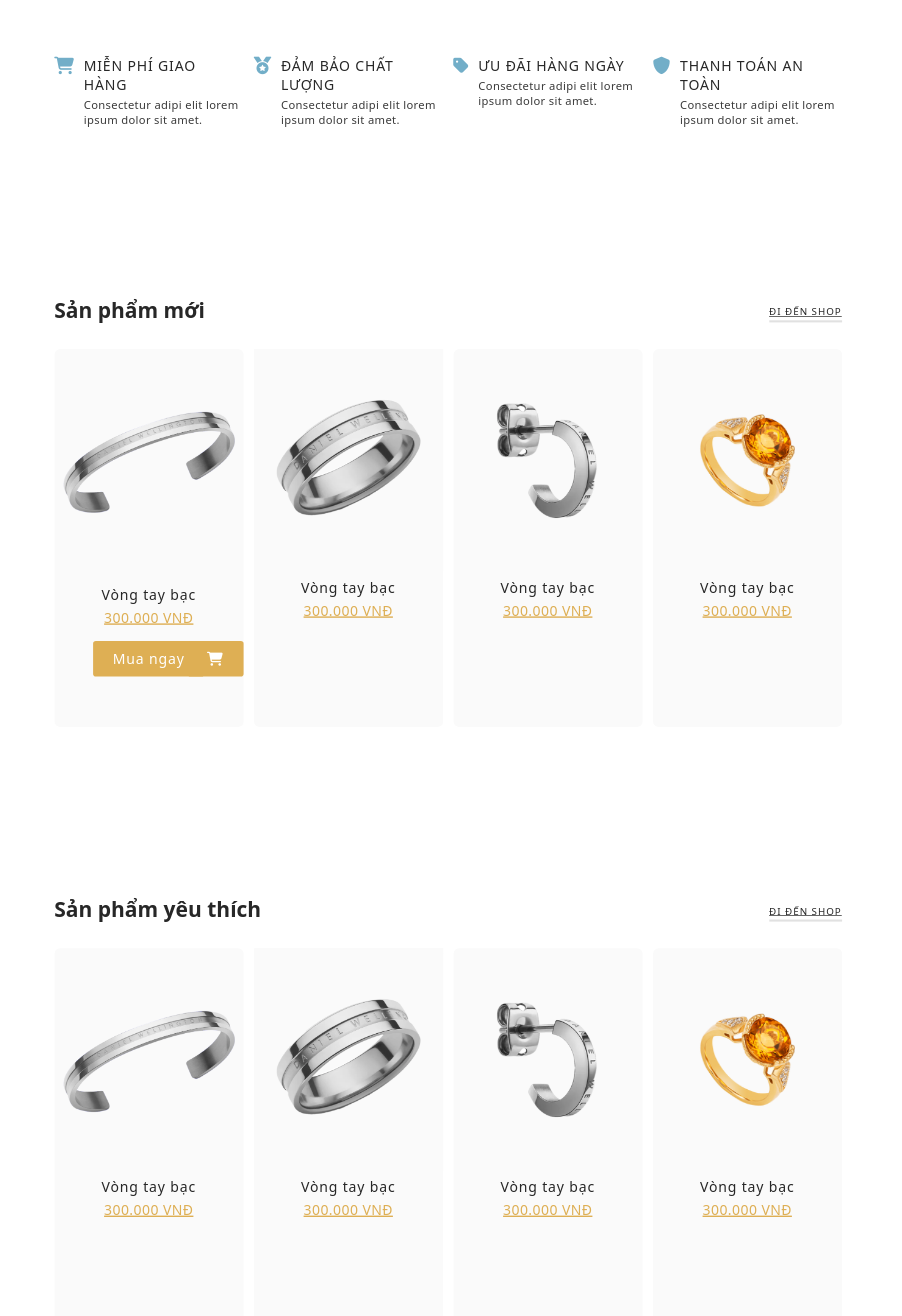
Repository: CangNgo/shoptrangsuc.github.io
Page: index.html
An editor plug-in stored every save of this project. The page is shown before and after a run of saves, followed by the edit.
The browser window is 1280 px wide. The page is 1288 px wide, so the pictures cover 1288 px, including what lies to the right of the window. The pictures show the part of the page from y = 762 to 2642 px (the page is 5591 px tall), at 70% of full size.

Above is the page before, as saved 2024-01-11 18:07:01.

### index.html
<!DOCTYPE html>
<html lang="en">

<head>
    <meta charset="UTF-8">
    <meta name="viewport" content="width=device-width, initial-scale=1.0">
    <link rel="stylesheet" href="asset/css/style.css">
    <link rel="stylesheet" href="asset/css/layout.css">
    <link rel="stylesheet" href="asset/fontawesome-free-6.2.1-web/fontawesome-free-6.2.1-web/css/all.min.css">
    <link href="https://cdn.jsdelivr.net/npm/bootstrap@5.3.2/dist/css/bootstrap.min.css" rel="stylesheet" integrity="sha384-T3c6CoIi6uLrA9TneNEoa7RxnatzjcDSCmG1MXxSR1GAsXEV/Dwwykc2MPK8M2HN" crossorigin="anonymous">

    <title>Serein shop trang sức</title>
</head>

<body>
    <main>
        <header>
            <div class="grid wide">
                <div class="header__main">
                    <div class="logo">
                        <img src="asset/img/logo.png" alt="">
                    </div>
                    <div class="nav">
                        <div class="navbar">
                            <ul>
                                <li><a href="#">Home</a></li>
                                <li><a href="shop.html">Shop</a></li>
                                <li><a href="#">About</a></li>
                                <li><a href="#">Blogs</a></li>
                                <li><a href="#">Contact</a></li>
                            </ul>
                        </div>
                        <div class="right__icons">
                            <div class="right__icon-item">
                                <i class="fa-solid fa-magnifying-glass"></i>
                            </div>
                            <div class="right__icon-item">
                                <i class="fa-solid fa-user"></i>
                            </div>
                            <div class="right__icon-item">
                                <i class="fa-solid fa-cart-shopping"></i>
                                <span>(0)</span>
                            </div>
                        </div>
                    </div>
                </div>
            </div>
        </header>
        <div class="banner">
            <div class="grid wide">
                <div class="row">
                    <div class="col l-6">
                        <div class="banner__left">
                            <h3>Bộ sưu tập</h3>
                            <h2>Dấu ấn</h2>
                            <span>Mỗi chúng ta là một cá thể độc nhất trên thế giới, vậy nên, hãy thoải mái sáng tạo
                                theo cách riêng của bạn. Dù ở bất kỳ phiên bản nào, Serein Jewelry luôn đồng hành cùng
                                bạn ghi lại “DẤU ẤN” riêng bạn.</span>
                        </div>
                    </div>
                    <div class="col l-6 ">
                        <div class="banner__right">
                            <div class="banner__right-btn">
                                <i class="fa-solid fa-chevron-left"></i>
                            </div>
                            <div class="banner-right-img">
                                <img src="asset/img/vong-bac-banner.png" alt="">
                            </div>
                            <div class="banner__right-btn">
                                <i class="fa-solid fa-chevron-right"></i>
                            </div>
                        </div>
                    </div>
                </div>
                <div class="row banner__bottom">
                    <div class="col l-6">
                        <form class="banner-bottom-left">
                            <button type="submit" name="">Mua ngay</button>
                        </form>
                    </div>
                    <div class="col l-6">
                        <div class="banner-bottom-right">
                            <div class="banner-bottom-color">
                                <div class="banner-bottom-color-item gold"></div>
                                <div class="banner-bottom-color-item white"></div>
                            </div>
                            <div class="banner-bottom-play">
                                <i class="fa-solid fa-circle-play"></i>
                            </div>
                        </div>
                    </div>
                </div>
            </div>
        </div>
        <section class="features container">
            <div class="grid wide">
                <div class="row">
                    <div class="col l-3">
                        <div class="features-item">
                            <div class="features-icon">
                                <i class="fa-solid fa-cart-shopping"></i>
                            </div>
                            <div class="feeatures-items">
                                <h4>Miễn phí giao hàng</h4>
                                <span>Consectetur adipi elit lorem ipsum dolor sit amet.</span>
                            </div>
                        </div>
                    </div>
                    <div class="col l-3">
                        <div class="features-item">
                            <div class="features-icon">
                                <i class="fa-solid fa-medal"></i>
                            </div>
                            <div class="feeatures-items">
                                <h4>Đảm bảo chất lượng</h4>
                                <span>Consectetur adipi elit lorem ipsum dolor sit amet.</span>
                            </div>
                        </div>
                    </div>
                    <div class="col l-3">
                        <div class="features-item">
                            <div class="features-icon">
                                <i class="fa-solid fa-tag"></i>
                            </div>
                            <div class="feeatures-items">
                                <h4>Ưu đãi hàng ngày</h4>
                                <span>Consectetur adipi elit lorem ipsum dolor sit amet.</span>
                            </div>
                        </div>
                    </div>
                    <div class="col l-3">
                        <div class="features-item">
                            <div class="features-icon">
                                <i class="fa-solid fa-shield"></i>
                            </div>
                            <div class="feeatures-items">
                                <h4>Thanh toán an toàn</h4>
                                <span>Consectetur adipi elit lorem ipsum dolor sit amet.</span>
                            </div>
                        </div>
                    </div>
                </div>
            </div>
        </section>
        <section class="product container">
            <div class="grid wide">
                <div class="product-section">
                    <h3>Sản phẩm mới</h3>
                    <span><a href="#">Đi đến shop</a></span>
                </div>
                <div class="row">
                    <form class="col l-3">
                        <div class="product-item">
                            <div class="product-top">
                                <div class="product-item-img">
                                    <img src="asset/img/vong-bac.png" alt="Vòng tay bạc">
                                </div>
                            </div>
                            <div class="product-bottom">
                                <div class="product-item-bottom">
                                    <div class="product-item-name">Vòng tay bạc</div>
                                    <div class="product-item-price"><a href="#">300.000 VNĐ</a></div>
                                </div>
                                <div class="buy-product" style="position: relative;">
                                    <button name="buy_product">Mua ngay</button>
                                    <button style="position: absolute; top: 0; right: 0px;"><i class="fa-solid fa-cart-shopping"></i></button>
                                </div>
                            </div>
                        </div>
                    </form>
                    <div class="col l-3">
                        <div class="product-item">
                            <div class="product-item-img">
                                <img src="asset/img/nhan-bac.png" alt="Vòng tay bạc">
                            </div>
                            <div class="product-item-bottom">
                                <div class="product-item-name">Vòng tay bạc</div>
                                <div class="product-item-price"><a href="#">300.000 VNĐ</a></div>
                            </div>
                        </div>
                    </div>
                    <div class="col l-3">
                        <div class="product-item">
                            <div class="product-item-img">
                                <img src="asset/img/bong-tai-bac.png" alt="Vòng tay bạc">
                            </div>
                            <div class="product-item-bottom">
                                <div class="product-item-name">Vòng tay bạc</div>
                                <div class="product-item-price"><a href="#">300.000 VNĐ</a></div>
                            </div>
                        </div>
                    </div>
                    <div class="col l-3">
                        <div class="product-item">
                            <div class="product-item-img">
                                <img src="asset/img/nhan-vang.png" alt="Vòng tay bạc">
                            </div>
                            <div class="product-item-bottom">
                                <div class="product-item-name">Vòng tay bạc</div>
                                <div class="product-item-price"><a href="#">300.000 VNĐ</a></div>
                            </div>
                        </div>
                    </div>
                </div>
            </div>
        </section>
        <section class="product container">
            <div class="grid wide">
                <div class="product-section">
                    <h3>Sản phẩm yêu thích</h3>
                    <span><a href="#">Đi đến shop</a></span>
                </div>
                <div class="row">
                    <div class="col l-3">
                        <div class="product-item">
                            <div class="product-item-img">
                                <img src="asset/img/vong-bac.png" alt="Vòng tay bạc">
                            </div>
                            <div class="product-item-bottom">
                                <div class="product-item-name">Vòng tay bạc</div>
                                <div class="product-item-price"><a href="#">300.000 VNĐ</a></div>
                            </div>
                        </div>
                    </div>
                    <div class="col l-3">
                        <div class="product-item">
                            <div class="product-item-img">
                                <img src="asset/img/nhan-bac.png" alt="Vòng tay bạc">
                            </div>
                            <div class="product-item-bottom">
                                <div class="product-item-name">Vòng tay bạc</div>
                                <div class="product-item-price"><a href="#">300.000 VNĐ</a></div>
                            </div>
                        </div>
                    </div>
                    <div class="col l-3">
                        <div class="product-item">
                            <div class="product-item-img">
                                <img src="asset/img/bong-tai-bac.png" alt="Vòng tay bạc">
                            </div>
                            <div class="product-item-bottom">
                                <div class="product-item-name">Vòng tay bạc</div>
                                <div class="product-item-price"><a href="#">300.000 VNĐ</a></div>
                            </div>
                        </div>
                    </div>
                    <div class="col l-3 m-12 c-12">
                        <div class="product-item">
                            <div class="product-item-img">
                                <img src="asset/img/nhan-vang.png" alt="Vòng tay bạc">
                            </div>
                            <div class="product-item-bottom">
                                <div class="product-item-name">Vòng tay bạc</div>
                                <div class="product-item-price"><a href="#">300.000 VNĐ</a></div>
                            </div>
                        </div>
                    </div>
                </div>
            </div>
        </section>
        <section class="posts product container">
            <div class="grid wide">
                <div class="product-section">
                    <h3>Bài viết mới</h3>
                    <span><a href="#">Đi đến blog</a></span>
                </div>
                <div class="row">
                    <div class="col l-4">
                        <div class="posts-item">
                            <div class="post-item-img"><img src="asset/img/post1.png" alt=""></div>
                            <div class="post-item-datetime">feb 22, 2023 - Gadgets</div>
                            <div class="post-item-name">Get some cool gadgets in 2023</div>
                        </div>
                    </div>
                    <div class="col l-4">
                        <div class="posts-item">
                            <div class="post-item-img"><img src="asset/img/post2.png" alt=""></div>
                            <div class="post-item-datetime">feb 22, 2023 - technology</div>
                            <div class="post-item-name">TECHNOLOGY HACK YOU WON’T GET</div>
                        </div>
                    </div>
                    <div class="col l-4">
                        <div class="posts-item">
                            <div class="post-item-img"><img src="asset/img/post3.png" alt=""></div>
                            <div class="post-item-datetime">feb 22, 2023 - camera</div>
                            <div class="post-item-name">toP 10 SMALL cAMERA IN THE WORLD</div>
                        </div>
                    </div>
                </div>
            </div>
        </section>
        <section class="coutdown container">
            <div class="grid wide">
                <div class="coutdown-content">
                    <h3>Đăng ký ngay để sở hữu BST "Dấu ấn"</h3>
                    <div class="coutdown-content-bottom">
                        <span>Vì “Dấu ấn” là BST độc nhất cho mỗi khách hàng, nên chúng tôi chỉ mở bán với số lượng giới
                            hạn.
                            Đặc biệt, khi mua hàng càng sớm bạn sẽ nhận được nhiều ưu đãi đặc biệt từ Serein Jewelry.
                        </span>
                        <button name="buy_submit">Mua ngay</button>
                    </div>
                </div>
                <div class="coutdown-olock">
                    <div class="coutdown-olock-item">
                        <div class="coutdown-olock-item-hour">0</div>
                        <div class="coutdown-olock-item-day">Ngày</div>
                    </div>
                    <div class="coutdown-olock-item">
                        <div class="coutdown-olock-item-hour">7</div>
                        <div class="coutdown-olock-item-day">Giờ</div>
                    </div>
                    <div class="coutdown-olock-item">
                        <div class="coutdown-olock-item-hour">23</div>
                        <div class="coutdown-olock-item-day">Phút</div>
                    </div>
                    <div class="coutdown-olock-item">
                        <div class="coutdown-olock-item-hour">49</div>
                        <div class="coutdown-olock-item-day">Giây</div>
                    </div>
                </div>
            </div>
        </section>
        <section class="form-register container">
            <div class="grid wide">
                <div class="form-register-main">
                    <div class="form-register-content">
                        <h3>Đăng ký ngay</h3>
                        <span>Đăng ký để nhận được khuyến mãi</span>
                    </div>
                    <div class="form-register-input">
                        <input type="text" placeholder="Nhập email">
                        <button>Đăng ký</button>
                    </div>
                </div>
            </div>
        </section>
        <section class="testimony container">
            <div class="grid wide">
                <div class="testimony-main">
                    <div class="testimony-icon">
                        <img src="asset/img/testimony-icon.png" alt="">
                    </div>
                    <div class="testimony-content">
                        <div class="testimony-button-left">
                            <i class="fa-solid fa-chevron-left"></i>
                        </div>
                        <div class="testimony-content-said">
                            “Tempus oncu enim pellen tesque este pretium in neque, elit morbi sagittis lorem habi mattis
                            Pellen tesque pretium feugiat vel morbi suspen dise sagittis lorem habi tasse morbi.”
                        </div>
                        <div class="testimony-button-right">
                            <i class="fa-solid fa-chevron-right"></i>
                        </div>
                    </div>
                    <div class="testimony-star">
                        <div class="testimony-star-items">
                            <div class="testimony-star-item">
                                <i class="fa-solid fa-star"></i>
                            </div>
                            <div class="testimony-star-item">
                                <i class="fa-solid fa-star"></i>
                            </div>
                            <div class="testimony-star-item">
                                <i class="fa-solid fa-star"></i>
                            </div>
                            <div class="testimony-star-item">
                                <i class="fa-solid fa-star"></i>
                            </div>
                            <div class="testimony-star-item">
                                <i class="fa-solid fa-star"></i>
                            </div>
                        </div>
                        <div class="testtimony-star-name">
                            Emma Chamberlin
                        </div>
                    </div>
                </div>
            </div>
        </section>
        <div class="evaluate container">
            <div class="grid wide">
                <h3>Khách hàng nói về BST "Dấu ấn"</h3>
                <div class="row">
                    <div class="col l-4"></div>
                    <div class="col l-4"></div>
                    <div class="col l-4"></div>
                </div>
            </div>
        </div>
    </main>
</body>

</html>

### asset/css/layout.css
.grid {
    width: 100%;
    display: block;
    padding: 0;
}

.grid.wide {
    max-width: 1300px;
    margin: 0 auto;
}

.row {
    display: flex;
    flex-wrap: wrap;
    margin-left: -8px;
    margin-right: -8px;
}


.col {
    padding-left: 8px;
    padding-right: 8px;
}

.c-0 {
    display: none;
}

.c-1 {
    flex: 0 0 8.33333%;
    max-width: 8.33333%;
}

.c-2 {
    flex: 0 0 16.66667%;
    max-width: 16.66667%;
}

.c-3 {
    flex: 0 0 25%;
    max-width: 25%;
}

.c-4 {
    flex: 0 0 33.33333%;
    max-width: 33.33333%;
}

.c-5 {
    flex: 0 0 41.66667%;
    max-width: 41.66667%;
}

.c-6 {
    flex: 0 0 50%;
    max-width: 50%;
}

.c-7 {
    flex: 0 0 58.33333%;
    max-width: 58.33333%;
}

.c-8 {
    flex: 0 0 66.66667%;
    max-width: 66.66667%;
}

.c-9 {
    flex: 0 0 75%;
    max-width: 75%;
}

.c-10 {
    flex: 0 0 83.33333%;
    max-width: 83.33333%;
}

.c-11 {
    flex: 0 0 91.66667%;
    max-width: 91.66667%;
}

.c-12 {
    flex: 0 0 100%;
    max-width: 100%;
}

/* >= Tablet */
@media (min-width: 740px) {
    .row {
        margin-left: -12px;
        margin-right: -12px;
    }

    .col {
        padding-left: 12px;
        padding-right: 12px;
    }

    .m-0 {
        display: none;
    }

    .m-4,
    .m-5,
    .m-6,
    .m-8,
    .m-10,
    .m-12 {
        display: block;
    }

    .m-4 {
        flex: 0 0 33.33334%;
        max-width: 33.3334%;
    }

    .m-5 {
        flex: 0 0 41.66667%;
        max-width: 41.66667%;
    }

    .m-6 {
        flex: 0 0 50%;
        max-width: 50%;
    }

    .m-8 {
        flex: 0 0 66.66667%;
        max-width: 66.66667%;
    }

    .m-10 {
        flex: 0 0 83.33333%;
        max-width: 83.33333%;
    }

    .m-12 {
        flex: 0 0 100%;
        max-width: 100%;
    }
}

/* PC medium resolution > */
@media (min-width: 1024px) {
    .row {
        margin-left: -10px;
        margin-right: -10px;
    }

    .row.sm-gutter {
        margin-left: -5px;
        margin-right: -5px;
    }

    .col {
        padding-left: 10px;
        padding-right: 10px;
    }

    .row.sm-gutter .col {
        padding-left: 5px;
        padding-right: 5px;
    }

    .l-0 {
        display: none;
    }

    .l-3,
    .l-4,
    .l-5,
    .l-6,
    .l-8,
    .l-8-3,
    .l-10,
    .l-12 {
        display: block;
    }

    .l-3 {
        flex: 0 0 25%;
        max-width: 25%;
    }

    .l-3-3 {
        flex: 0 0 25%;
        max-width: 25%;
    }

    .l-4 {
        flex: 0 0 33.33333%;
        max-width: 33.33333%;
    }

    .l-5 {
        flex: 0 0 41.66667%;
        max-width: 41.6667%;
    }

    .l-6 {
        flex: 0 0 50%;
        max-width: 50%;
    }

    .l-8 {
        flex: 0 0 66.66667%;
        max-width: 66.66667%;
    }

    .l-9 {
        flex: 0 0 75%;
        max-width: 75%;
    }

    .l-8-3 {
        flex: 0 0 30%;
        max-width: 30%;
    }

    .l-10 {
        flex: 0 0 83.33333%;
        max-width: 83.33333%;
    }

    .l-12 {
        flex: 0 0 100%;
        max-width: 100%;
    }
}

/* Tablet - PC low resolution */
@media (min-width: 740px) and (max-width: 1023px) {
    .wide {
        width: 644px;
    }
}

/* > PC low resolution */
@media (min-width: 1024px) and (max-width: 1239px) {
    .wide {
        width: 984px;
    }
}

Loaded but not shown: asset/fontawesome-free-6.2.1-web/fontawesome-free-6.2.1-web/css/all.min.css (library); asset/css/style.css (793 lines, source omitted)

After the next 2 saves:
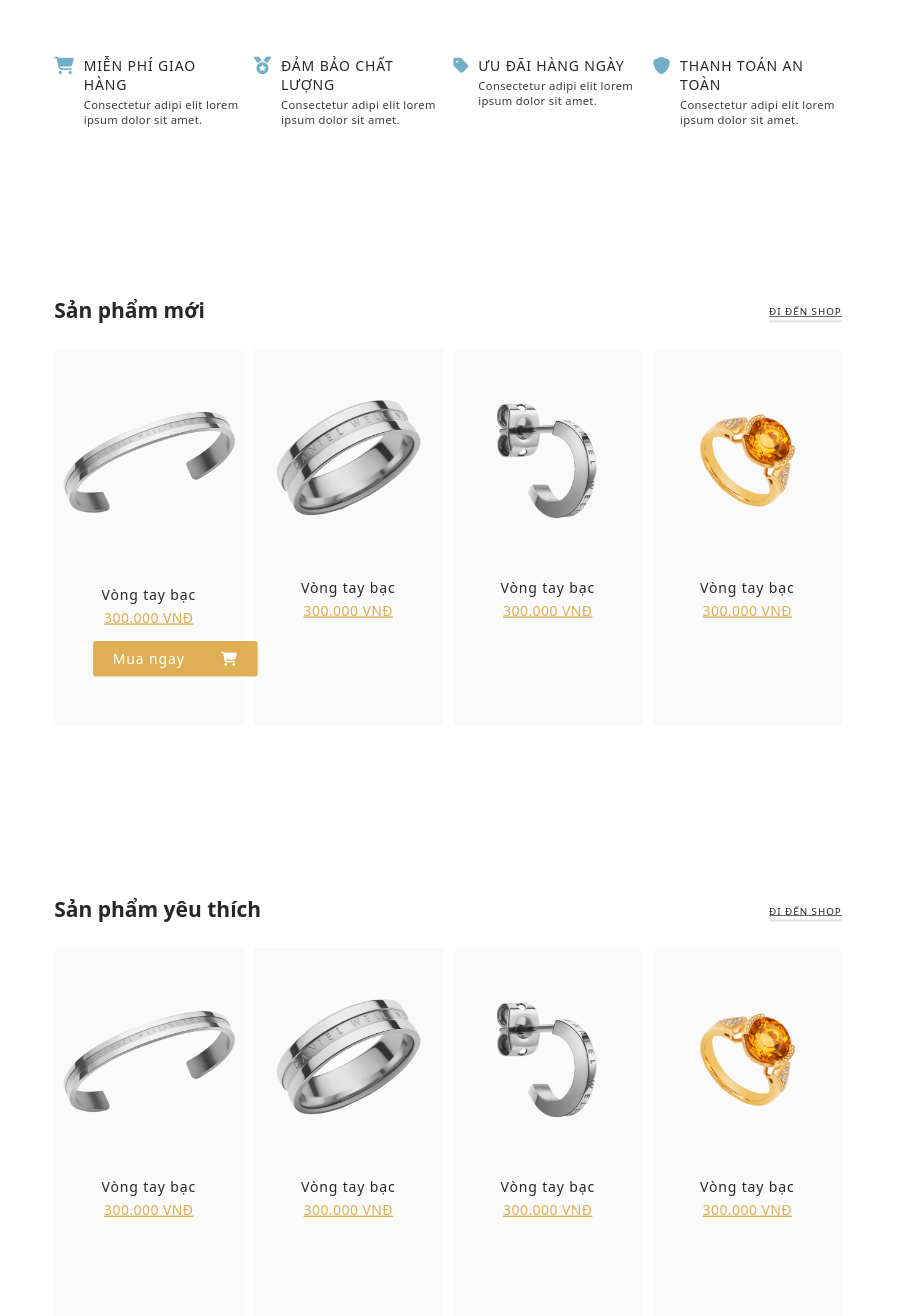
The 2 saves are shown as one change because they came seconds apart.
The last was saved 5 s later.
--- a/index.html
+++ b/index.html
@@ -163,7 +163,7 @@
                                 </div>
                                 <div class="buy-product" style="position: relative;">
                                     <button name="buy_product">Mua ngay</button>
-                                    <button style="position: absolute; top: 0; right: 0px;"><i class="fa-solid fa-cart-shopping"></i></button>
+                                    <button style="position: absolute; top: 0; right: -20px;"><i class="fa-solid fa-cart-shopping"></i></button>
                                 </div>
                             </div>
                         </div>
